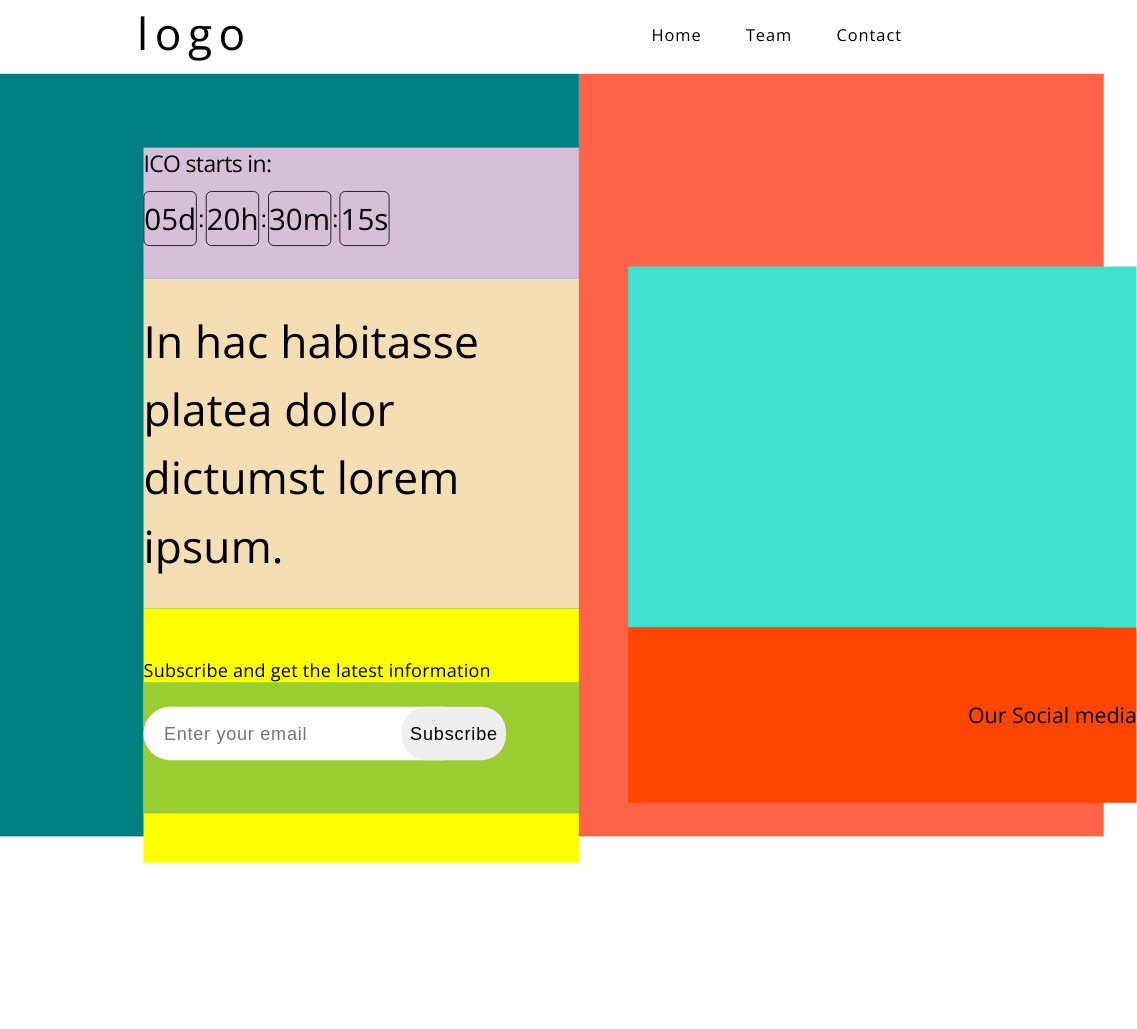
Repository: McGregorSt/newOne
Page: index.html
The author's editor kept a copy of each file at every save. The page is drawn from the files as they stood at one save, then again after the next save.
The browser window is 1280 px wide. The page is 1386 px wide, so the pictures cover 1386 px, including what lies to the right of the window. The pictures show the whole page, at 82% of full size.

Above is the page before, as saved 2019-12-13 19:02:16.

After the next save:
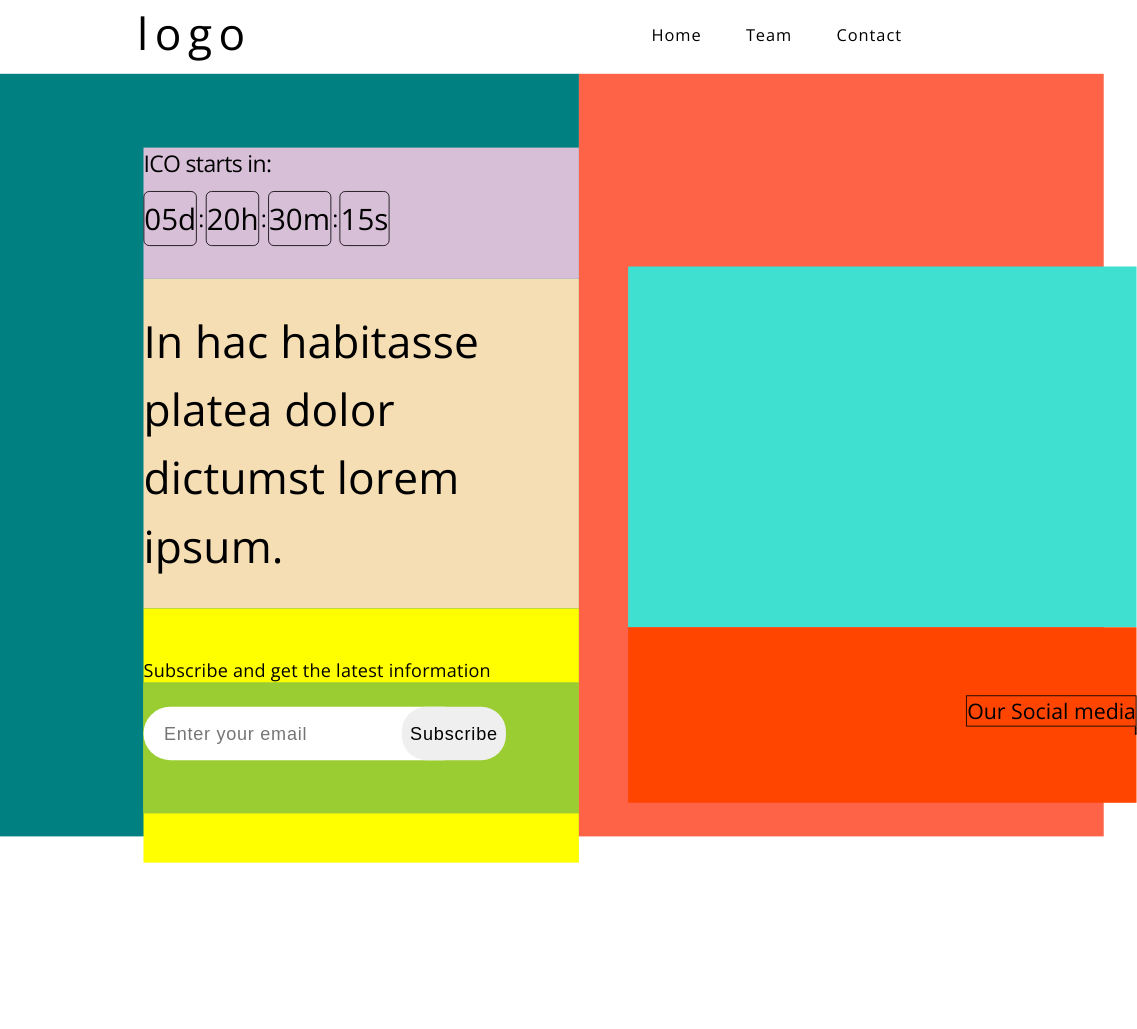
Saved 5 s later.
--- a/css/style.css
+++ b/css/style.css
@@ -147,7 +147,7 @@ body {
   background-color: orangered;
 }
 .media__social > * {
-
+  border: 1px solid #000;
 }
 
 
